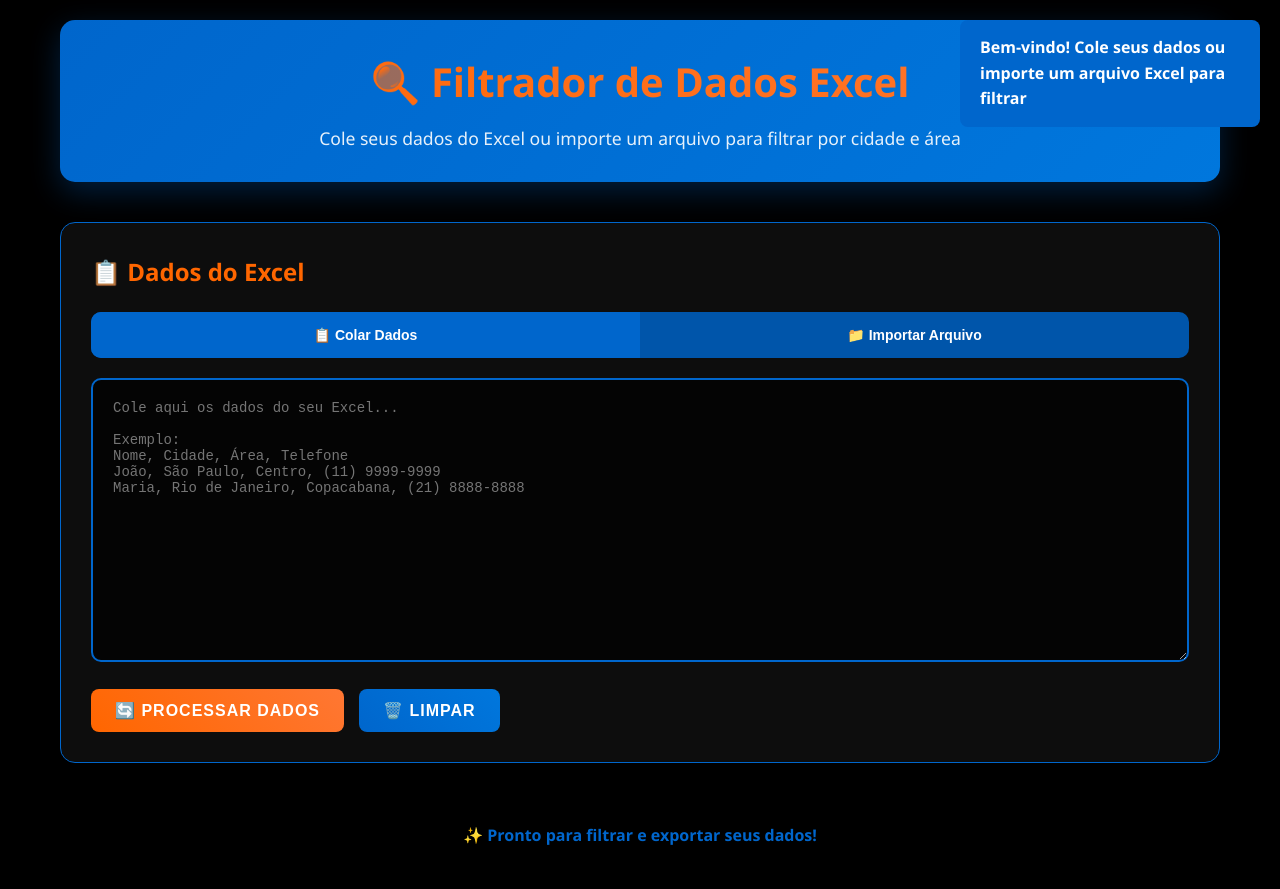
Repository: MichelAlmeida1990/Filtragem-de-Leads
Page: public/index.html
These files come from the project's save history. The page is drawn as it stood at one moment and after the next save; the edit follows.
The browser window is 1280 px wide. The pictures show the whole page.

Above is the page before, as saved 2025-08-25 22:16:33.

After the next save:
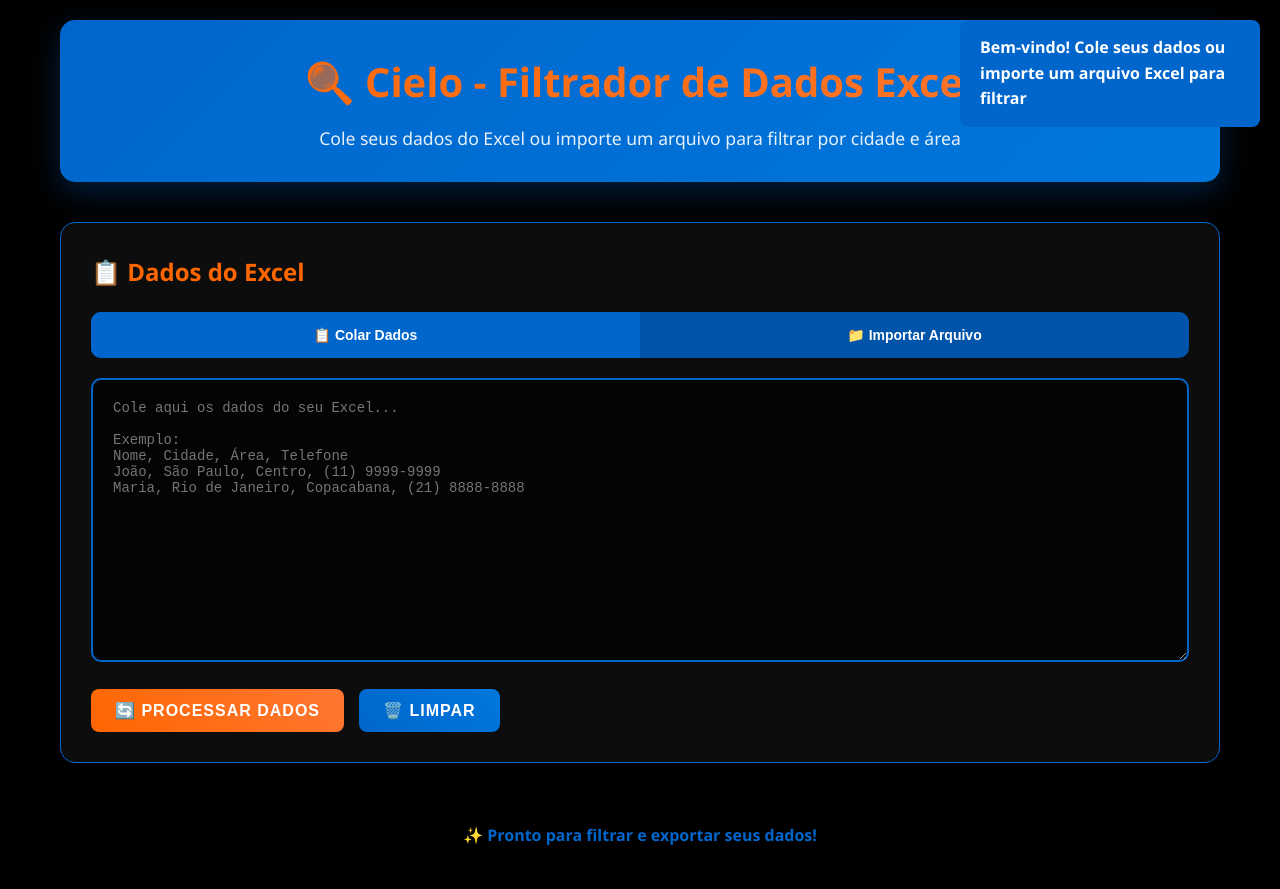
Saved 8 s later.
--- a/public/index.html
+++ b/public/index.html
@@ -9,7 +9,7 @@
 <body>
     <div class="container">
         <header>
-            <h1>🔍 Filtrador de Dados Excel</h1>
+            <h1>🔍 Cielo - Filtrador de Dados Excel</h1>
             <p>Cole seus dados do Excel ou importe um arquivo para filtrar por cidade e área</p>
         </header>
 
